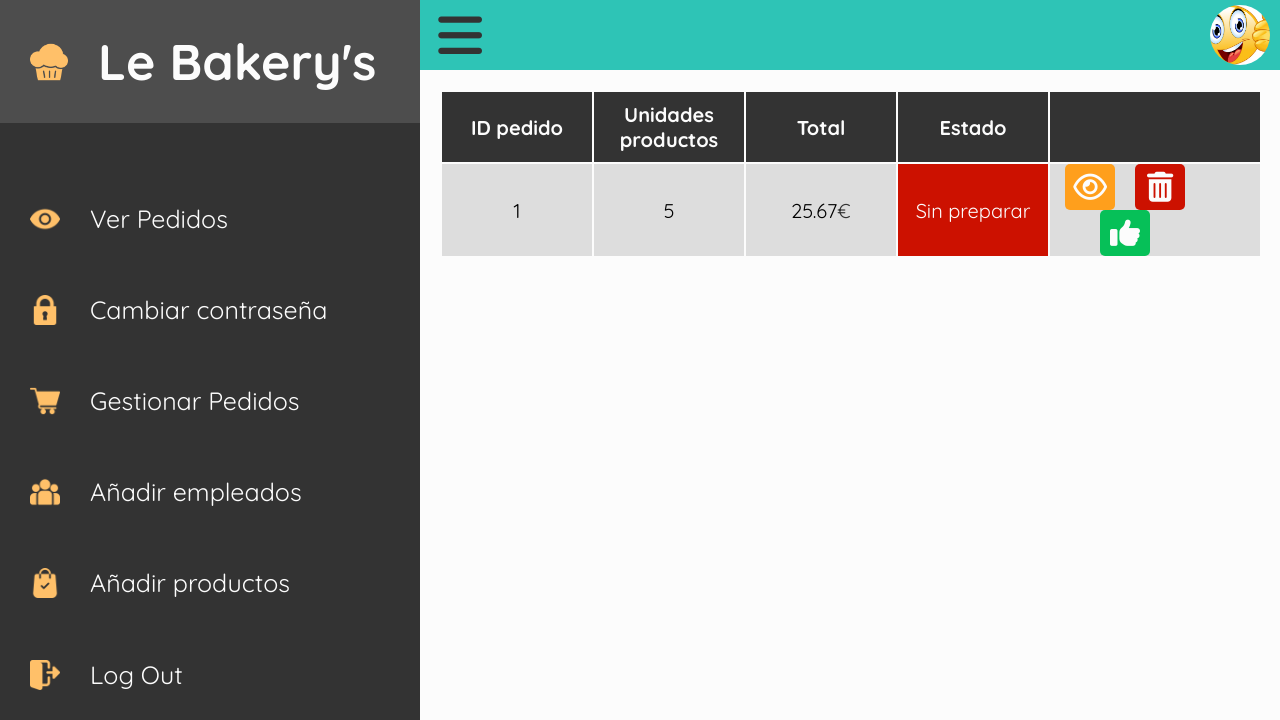
Repository: xio28/le_bakerys
Page: static/src/admin_panel.html
An editor plug-in stored every save of this project. The page is shown before and after a run of saves, followed by the edit.
The browser window is 1280 px wide. The pictures show the whole page.
Some web libraries are served in a nearby version.

Above is the page before, as saved 2022-06-14 14:37:39.

After the next 2 saves:
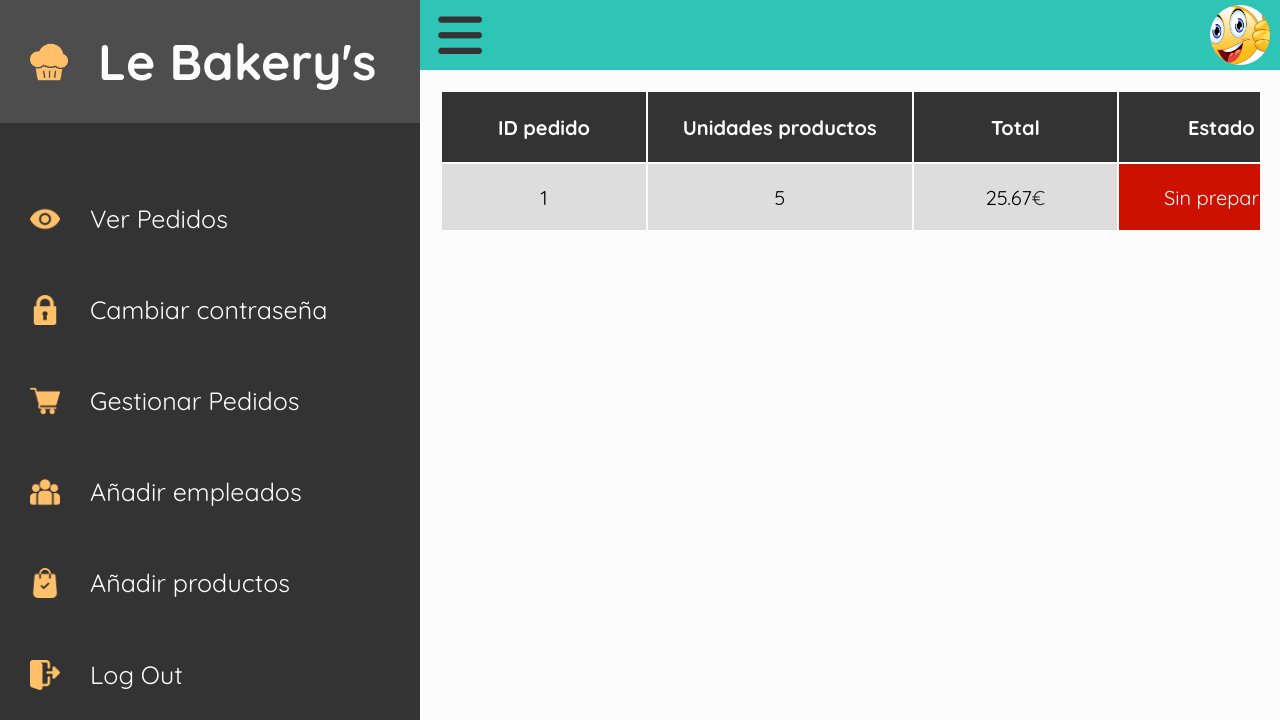
The 2 saves are shown as one change because they came seconds apart.
The last was saved 77 s later.
--- a/static/styles/admin_panel.css
+++ b/static/styles/admin_panel.css
@@ -271,7 +271,7 @@ h2, span {
 .manage-table table td {
     text-align: center;
     min-width: 15rem;
-    width: 15rem;
+    padding: 1rem;
 }
 
 #add-employees table td {
